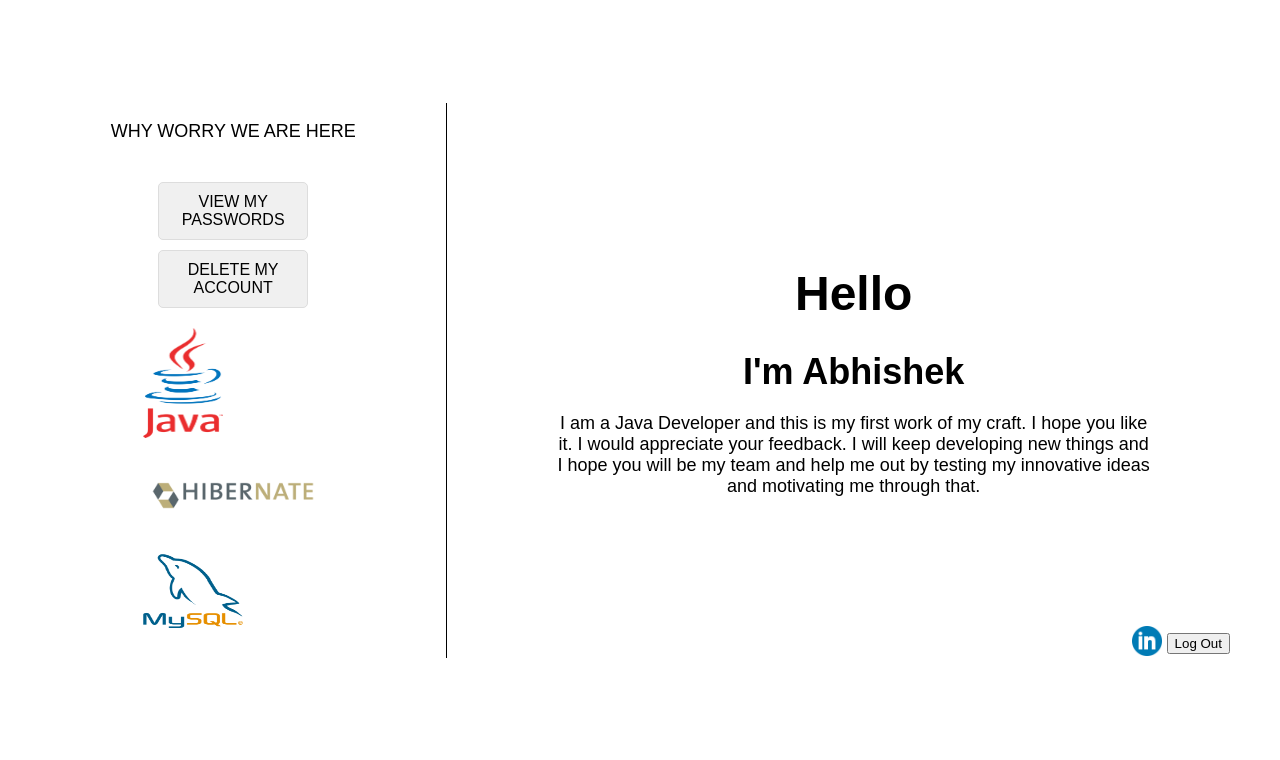
Repository: wizzy-abhishek/Projects
Page: http://localhost/Iam_Doing/Info.jsp
These files come from the project's save history. The page is drawn as it stood at one moment and after the next save; the edit follows.
The browser window is 1280 px wide. The pictures show the whole page.
The page is served by Tomcat 10. Nobody is signed in. The application's start-up code is not run. Other server files are loaded and not shown.

Above is the page before, as saved 2024-06-27 10:51:14.

### Iam_Doing/src/main/webapp/Info.jsp
<!DOCTYPE html>
<html lang="en">
<head>
    <meta charset="UTF-8">
    <meta name="viewport" content="width=device-width, initial-scale=1.0">
    <title>Abhishek's Page</title>
    <link rel="stylesheet" href="Styles.css">
</head>
<body>
    <div class="container">
        <div class="sidebar">
            <p>WHY WORRY WE ARE HERE</p>
            <form action="View_passwords" method="post">
                <button type="submit" class="btn btn-primary">VIEW MY PASSWORDS</button>
            </form>
            <form action="delete_account" method="post">
                <button type="submit" class="btn">DELETE MY ACCOUNT</button>
            </form>
            <div class="logos">
                <img src="java_logo.png" alt="Java Logo" style="width: 80px; height: 110px;">
                <img src="hibernate_logo.png" alt="Hibernate Logo" style="width: 180px; height: 75px;">
                <img src="mysql.png" alt="Mysql_Logo" style="width: 100px; height: 75px;">
            </div>
        </div>
        <div class="main">
            <h1>Hello</h1>
            <h2>I'm Abhishek</h2>
            <p>I am a Java Developer and this is my first work of my craft. I hope you like it. I would appreciate your feedback. I will keep developing new things and I hope you will be my team and help me out by testing my innovative ideas and motivating me through that.</p>
            <div class="footer">
                <a href="https://www.linkedin.com/in/abhishek-anand-60b29257/" target="_blank">
                    <img src="linkedin_logo.png" alt="LinkedIn Logo" style="width: 30px; height: 30px;">
                </a>
                <form action="Logout" method="post">
                    <button type="submit" class="btn btn-primary">Log Out</button>
                </form>
            </div>
        </div>
    </div>
</body>
</html>

### Iam_Doing/src/main/webapp/Styles.css
body {
    font-family: Arial, sans-serif;
    margin: 0;
    padding: 0;
}

.container {
    display: flex;
    height: 100vh;
    align-items: center;
    justify-content: center;
    text-align: center;
    padding: 20px;
    position: relative;
}

.sidebar {
    flex: 1;
    padding: 20px;
    border-right: 1px solid #000;
    display: flex;
    flex-direction: column;
    align-items: center;
    justify-content: space-between;
}

.sidebar p {
    font-size: 18px;
    margin-bottom: 20px;
    position: relative;
    top: -20px;
}

.sidebar button {
    display: block;
    width: 150px;
    margin-bottom: 10px;
    padding: 10px;
    font-size: 16px;
    cursor: pointer;
    background-color: #f0f0f0;
    border: 1px solid #ddd;
    border-radius: 5px;
}

.logos {
    display: flex;
    flex-direction: column;
    align-items: flex-start;
}

.logos img {
    margin: 10px 0;
    width: 50px; /* Adjust width for other logos if needed */
    height: 50px;
}

.main {
    flex: 2;
    padding: 20px;
}

.main h1 {
    font-size: 48px;
    margin-bottom: 10px;
}

.main h2 {
    font-size: 36px;
    margin-bottom: 20px;
}

.main p {
    font-size: 18px;
    margin-bottom: 30px;
    max-width: 600px;
    margin-left: auto;
    margin-right: auto;
}

.footer {
    position: absolute;
    bottom: 100px;
    right: 50px;
    display: flex; /* Added to style Linked In content */
    align-items: center; /* Added to style Linked In content */
    justify-content: center; /* Added to center content horizontally */
}


.footer img {
    width: 70px;
    height: 70px;
    cursor: pointer;
    margin-right: 5px;  /* Added spacing between logo and link text */
}

.footer a {
    color: #007bff;
    text-decoration: none;
}

.footer a:hover {
    text-decoration: underline;
}

After the next save:
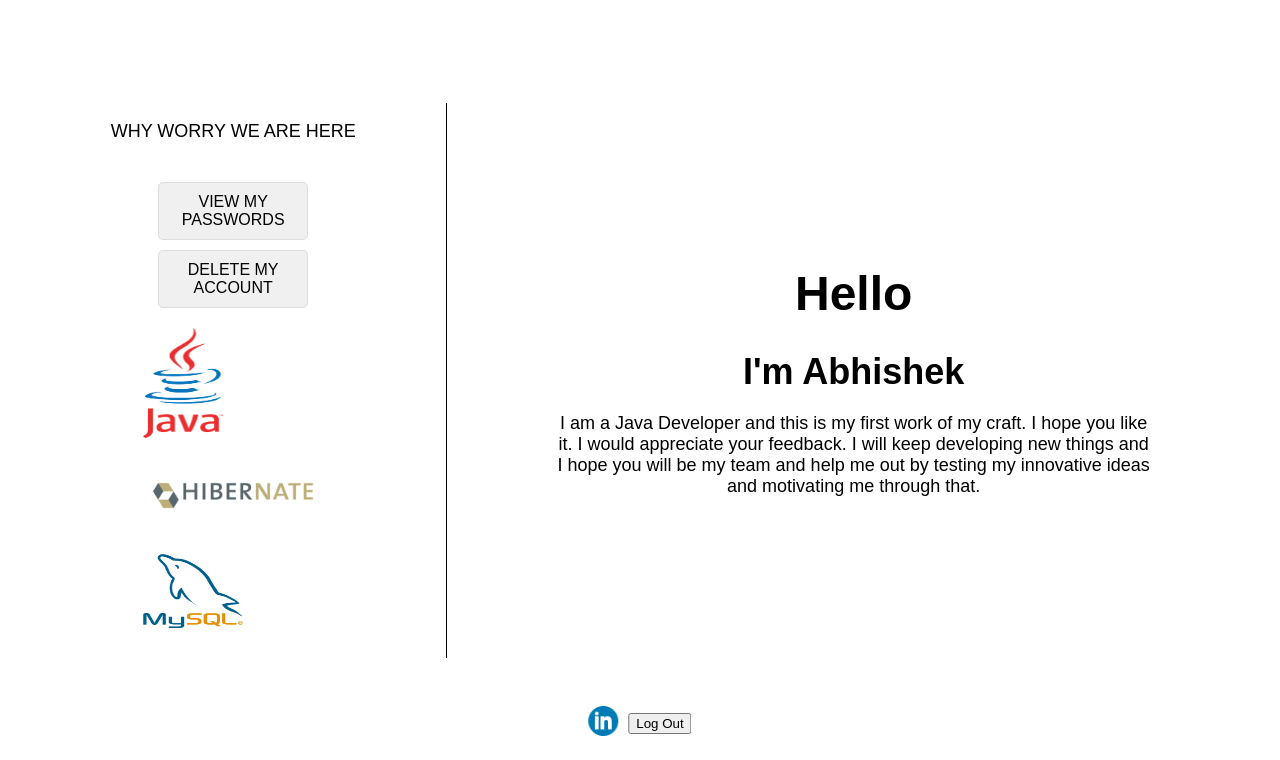
Saved 27 s later.
--- a/Iam_Doing/src/main/webapp/Styles.css
+++ b/Iam_Doing/src/main/webapp/Styles.css
@@ -80,19 +80,19 @@
 
 .footer {
     position: absolute;
-    bottom: 100px;
-    right: 50px;
-    display: flex; /* Added to style Linked In content */
-    align-items: center; /* Added to style Linked In content */
-    justify-content: center; /* Added to center content horizontally */
+    bottom: 20px; /* Adjusted to move footer closer to the bottom */
+    left: 50%; /* Added to center the footer horizontally */
+    transform: translateX(-50%); /* Added to center the footer horizontally */
+    display: flex;
+    align-items: center;
+    justify-content: center;
 }
-
 
 .footer img {
     width: 70px;
     height: 70px;
     cursor: pointer;
-    margin-right: 5px;  /* Added spacing between logo and link text */
+    margin-right: 10px;  /* Added spacing between logo and link text */
 }
 
 .footer a {
